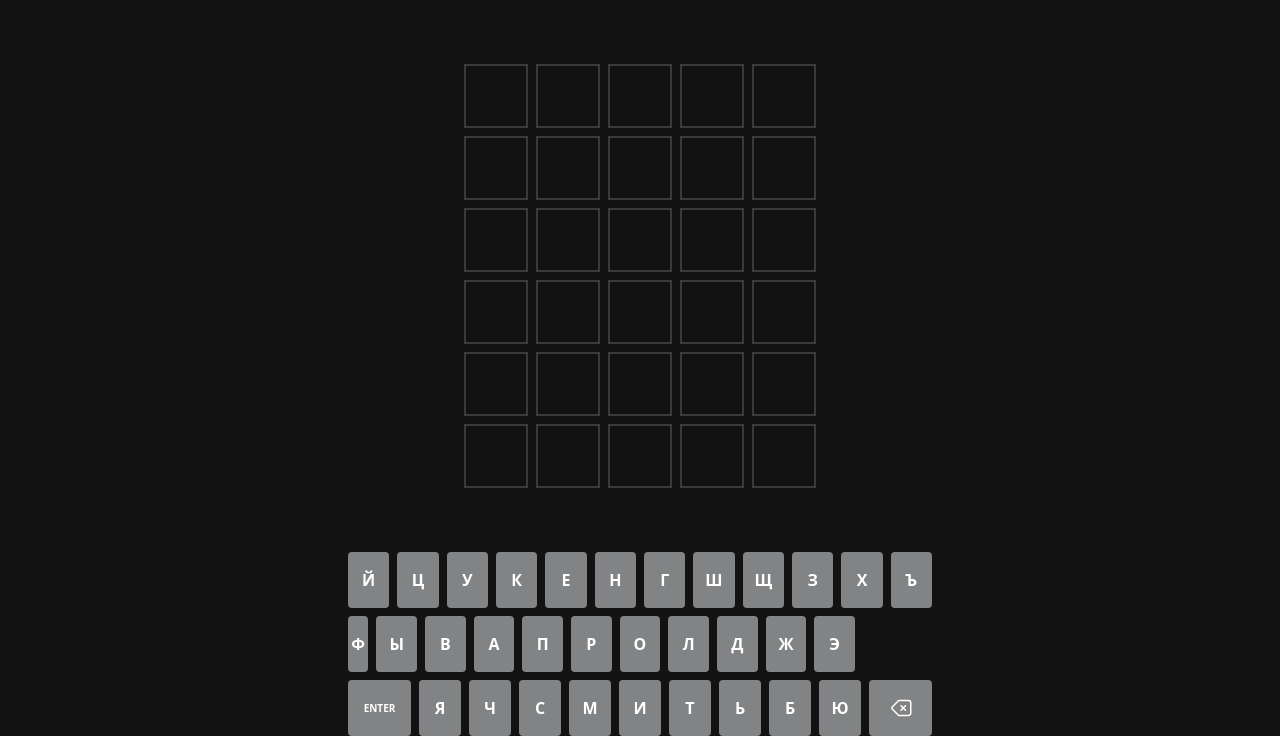
Repository: maxempolk/wordle-app
Page: / (app in frontend/)
The author's editor kept a copy of each file at every save. The page is drawn from the files as they stood at one save, then again after the next save.
The browser window is 1280 px wide. The pictures show the whole page.
The page's requests for data from a server got no answer. The project was rebuilt for these pictures with package versions that can differ from the ones it lists, and the page was loaded fresh each time. No one was signed in, and anything a server would have sent is missing. Also part of the build but not shown: frontend/vite.config.ts.

Above is the page before, as saved 2025-02-24 00:54:26.

### frontend/src/main.ts
import './assets/main.css'
import { createApp } from 'vue'
import { createPinia } from 'pinia'
import App from './App.vue'
import { useRealWordStore } from './stores/realWord'

const app = createApp(App)

app.use(createPinia())

useRealWordStore().fetchWord()

app.mount('#app')

### frontend/src/assets/main.css
@import 'tailwindcss';

body {
  background-color: #121213;
}

### frontend/src/App.vue
<!-- <script setup lang="ts">
import { computed, onMounted, ref, useTemplateRef } from 'vue'
import theLetter from './components/TheLetter.vue'
import theKeyboard from '@/components/TheKeyboard.vue'
import theMessage from './components/TheMessage.vue'
import ResultModal from './components/ResultModal.vue'
import { useRealWordStore } from './stores/realWord'
import { useUsedLettersStore } from './stores/usedLetters'
import { useUserWordStore } from './stores/usrWord'

const realWordStore = useRealWordStore()
const usrWordStore = useUserWordStore()

const words = ref<string[]>([])
const usedLettersStore = useUsedLettersStore()

type letterType = InstanceType<typeof theLetter>
type messageType = InstanceType<typeof theMessage>
const letters = useTemplateRef<letterType[]>('letter')
const messageComp = useTemplateRef<messageType>('messageComp')

const messageValue = ref('')
const isWin = ref(false)


const slotsForCurrentWord = computed(() => {
  return Array.from({ length: 5 }, (_, i) => words.value.length * 5 + i)
})

const getLetter = (index: number) => letters.value?.[index]

const shakeCurrentWord = () => {
  slotsForCurrentWord.value.forEach((slot) => {
    const el = getLetter(slot)
    if (el) el.shakeIt()
  })
}

const enterWord = async () => {
  const currentWord = usrWordStore.word

  if (currentWord.length != 5) {
    showError('Not enough letter')
    shakeCurrentWord()
    return
  }

  const isReal = await isRealWord(currentWord)

  if (!isReal) {
    showError('Not in word list')
    shakeCurrentWord()
    return
  }

  const wordState = wordleAlgh(usrWordStore.word, realWordStore.word || '')
  const currentSlots = slotsForCurrentWord.value
  isWin.value = wordState.every((item) => item === 'placed')

  const animateLetter = (index: number) => {
    const letter = getLetter(currentSlots[index])
    if (letter) {
      letter.completeAnimation(wordState[index])
    }
  }

  currentSlots.forEach((_, index) => {
    setTimeout(() => requestAnimationFrame(() => animateLetter(index)), 300 * index)
  })

  Promise.all([
    wordState.forEach((state, index) => usedLettersStore.addToBuffer(currentWord[index], state)),
    completeWord(),
  ]).then(() => {
    setTimeout(() => usedLettersStore.save(), 300 * 5)
  })
}

const popLetter = () => {
  if (usrWordStore.word.length == 0) {
    showError('Not a single letter')
    shakeCurrentWord()
  } else usrWordStore.popLetter()
}

const rawData = computed(() => {
  return words.value.reduce((word1, word2) => word1 + word2, '') + usrWordStore.word
})

const handleKeydown = (e: KeyboardEvent) => {
  switch (e.key) {
    case 'Enter':
      enterWord()
      break
    case 'Backspace':
      popLetter()
      break
    default:
      usrWordStore.addLetter(e.key)
  }
}

onMounted(() => {
  addEventListener('keydown', handleKeydown)
})
</script> -->

<script setup lang="ts">
import theMessage from './components/TheMessage.vue'
import ResultModal from './components/ResultModal.vue'
import theLetter from './components/TheLetter.vue'
import theKeyboard from './components/TheKeyboard.vue'
import { useUserWordStore } from './stores/usrWord'
import { useGameLogic } from './composables/useGameLogic'
import { onMounted, ref, computed, useTemplateRef } from 'vue'

const usrWordStore = useUserWordStore()
const words = ref([])
const messageValue = ref('')
const messageComp = ref(null)

type letterType = InstanceType<typeof theLetter>
const letters = useTemplateRef<letterType[]>('letter')

const { enterWord, popLetter, stateOfGame } = useGameLogic(words, messageValue, messageComp, letters)

const rawData = computed(() => {
  return words.value.reduce((word1, word2) => word1 + word2, '') + usrWordStore.word
})

const handleKeydown = (e: KeyboardEvent) => {
  switch (e.key) {
    case 'Enter':
      enterWord()
      break
    case 'Backspace':
      popLetter()
      break
    default:
      usrWordStore.addLetter(e.key)
  }
}

onMounted(() => {
  addEventListener('keydown', handleKeydown)
})
</script>

<template>
  <ResultModal :result="words" v-if="isWin" />
  <theMessage :model-value="messageValue" ref="messageComp" />
  <div
    class="flex w-screen h-screen justify-between items-center flex-col pt-[15%] pb-[5%] sm:py-[5%]"
  >
    <div class="grid gap-2 grid-cols-5 w-fit">
      <theLetter v-for="i in 30" :key="i" :model-value="rawData[i - 1]" ref="letter" />
    </div>
    <theKeyboard @enterWord="enterWord" @backspace="popLetter" class="sm:mt-16" />
  </div>
</template>

### frontend/src/stores/realWord.ts
import { defineStore } from 'pinia';
import { getWord } from '@/api/getWord';

interface RealWordState {
  word: string | null;
}

export const useRealWordStore = defineStore('realWord', {
  state: (): RealWordState => ({
    word: null,
  }),
  actions: {
    async fetchWord(): Promise<void> {
      this.word = await getWord();
    },
  },
});

export type RealWordStore = ReturnType<typeof useRealWordStore>;

### frontend/src/components/TheMessage.vue
<script setup lang="ts">
import { ref } from 'vue'

defineProps<{
  modelValue: string
}>()

const isAnimated = ref(false)
const isVanishing = ref(false)
const isHidden = ref(true)

const vanishIt = () => {
  isVanishing.value = true

  setTimeout(() => {
    isHidden.value = true
    isVanishing.value = false
  }, 990)
}

const animateIt = () => {
  if (isAnimated.value) return

  isHidden.value = false
  isAnimated.value = true

  setTimeout(() => {
    isAnimated.value = false
    vanishIt()
  }, 1500)
}

defineExpose({ animateIt, isHidden })
</script>

<template>
  <div class="fixed flex w-screen justify-center top-5 z-[999]">
    <div
      class="bg-white rounded-md text-black text-md py-2 px-4 select-none"
      :class="{ drive: isAnimated, vanish: isVanishing, hidden: isHidden }"
    >
      {{ modelValue }}
    </div>
  </div>
</template>

<style scoped>
@keyframes driveAnimation {
  0% {
    transform: translateY(-100px);
  }
  100% {
    transform: translateY(0);
  }
}

@keyframes vanishAnimation {
  0% {
    opacity: 1;
  }
  100% {
    opacity: 0;
  }
}

.vanish {
  animation: 1s vanishAnimation linear;
}

.drive {
  animation: 0.5s driveAnimation ease-out;
}
</style>

### frontend/src/components/TheLetter.vue
<script setup lang="ts">
import { computed, ref, watch } from 'vue'
import { type State } from '@/types/state'
import { stateToColor } from '@/utils/stateToColor'

const props = defineProps<{
  modelValue?: string
}>()

const isRotated = ref(false)
const isScaled = ref(false)
const isShaked = ref(false)
const colors = ref<string[]>([])

const scaleAnimation = () => {
  isScaled.value = true

  setTimeout(() => {
    isScaled.value = false
  }, 150)
}

const shakeIt = () => {
  if (isShaked.value) return
  isShaked.value = true

  setTimeout(() => {
    isShaked.value = false
  }, 1000)
}

const completeAnimation = (state: State) => {
  isRotated.value = true

  setTimeout(() => {
    colors.value = stateToColor(state)
  }, 150)
}

const borderDefaultColor = computed(() => {
  if (isRotated.value) return ''
  if (props.modelValue == undefined) if (props.modelValue === undefined) return 'border-[#3A3A3C]'
  return 'border-[#565758]'
})

watch(
  () => props.modelValue,
  () => {
    scaleAnimation()
  },
)

defineExpose({ completeAnimation, shakeIt })
</script>

<template>
  <div
    class="w-14 h-14 md:w-16 md:h-16 border-2 text-white flex justify-center items-center text-3xl uppercase duration-150"
    :class="[
      ...colors,
      borderDefaultColor,
      { rotateAnimation: isRotated },
      { 'scale-110': isScaled },
      { shakeAnimation: isShaked },
    ]"
    ref="block"
  >
    {{ modelValue }}
  </div>
</template>

<style scoped>
@keyframes rotateAnimationKeyFrames {
  0% {
    transform: scaleY(1);
  }
  50% {
    transform: scaleY(0);
  }
  100% {
    transform: scaleY(1);
  }
}

@keyframes shake {
  0%,
  100% {
    transform: translateX(0);
  }
  10% {
    transform: translateX(-20px);
  }
  20% {
    transform: translateX(15px);
  }
  30% {
    transform: translateX(-10px);
  }
  40% {
    transform: translateX(5px);
  }
  50% {
    transform: translateX(-2px);
  }
  60% {
    transform: translateX(1px);
  }
  70% {
    transform: translateX(0);
  }
}

.rotateAnimation {
  animation: rotateAnimationKeyFrames 0.3s linear;
}

.shakeAnimation {
  animation: shake 0.6s linear;
}
</style>

### frontend/src/components/TheKeyboard.vue
<script setup lang="ts">
import TheKeyboardLetter from './TheKeyboardLetter.vue'
import TheBackspaceKey from './TheBackspaceKey.vue'
import { useUserWordStore } from '@/stores/usrWord'

const alph1 = 'ЙЦУКЕНГШЩЗХЪ'
const alph2 = 'ФЫВАПРОЛДЖЭ'
const alph3 = 'ЯЧСМИТЬБЮ'

const emit = defineEmits(['enterWord', 'backspace'])

const userWordStore = useUserWordStore()

const keyPress = (char: string) => {
  userWordStore.addLetter(char)
}
</script>

<template>
  <div class="grid gap-1 sm:gap-2 w-full sm:w-150 px-2">
    <div class="row top-row gap-1 sm:gap-2">
      <TheKeyboardLetter
        :model-value="char"
        v-for="char in alph1"
        :key="'letter-' + char"
        @click="keyPress(char)"
      />
    </div>

    <div class="row middle-row gap-1 sm:gap-2">
      <TheKeyboardLetter
        :model-value="char"
        v-for="char in alph2"
        :key="'letter-' + char"
        @click="keyPress(char)"
      />
    </div>

    <div class="row bottom-row gap-1 sm:gap-2">
      <TheKeyboardLetter :model-value="'Enter'" @click="emit('enterWord')" class="text-[10px]" />
      <TheKeyboardLetter
        v-for="char in alph3"
        :key="'letter-' + char"
        :model-value="char"
        @click="keyPress(char)"
      />
      <theBackspaceKey @click="emit('backspace')" />
    </div>
  </div>
</template>

<style scoped>
.row {
  display: grid;
}

.top-row {
  grid-template-columns: repeat(12, 1fr);
}

.middle-row {
  grid-template-columns: 0.5fr repeat(11, 1fr) 0.5fr;
}

.bottom-row {
  grid-template-columns: 1.5fr repeat(9, 1fr) 1.5fr;
}
</style>

### frontend/src/stores/usrWord.ts
import { defineStore } from 'pinia'
import { isLetter } from '../utils/letter'

export const useUserWordStore = defineStore('userWord', {
  state: () => ({
    word: '',
  }),
  getters: {},
  actions: {
    popLetter() {
      this.word = this.word.slice(0, -1)
    },
    addLetter(letter: string) {
      if (isLetter(letter) && this.word.length < 5) this.word += letter
    },
    clear() {
      this.word = ''
    },
  },
})

### frontend/src/api/getWord.ts
// import { AxiosError } from 'axios';
import { api } from './index'
import { AxiosError } from 'axios';

interface WordResponse {
  word: string;
}

export async function getWord(): Promise<string | null> {
  try {
    const response = await api.get<WordResponse>('/word');
    return response.data.word;
  } catch (error) {
    if (error instanceof AxiosError) {
      console.error('API error:', error.message);
      if (error.response?.status === 404) {
        console.error('Word not found');
      }
    } else {
      console.error('Unexpected error:', error);
    }
    return null;
  }
}

### frontend/src/utils/stateToColor.ts
import { type State } from "@/types/state"

export const stateToColor = (state: State) => {
  if (state == 'placed') return ['bg-[#548D4F]', 'border-[#548D4F]']
  else if (state == 'in-word') return ['bg-[#B69F3B]', 'border-[#B69F3B]']
  return ['bg-[#3A3A3C]', 'border-[#3A3A3C]']
  // else if (state == 'wrong') return 'bg-[#3A3A3C]'
}

### frontend/src/components/TheKeyboardLetter.vue
<script setup lang="ts">
import { type State } from '@/types/state'
import { useUsedLettersStore } from '@/stores/usedLetters'
import { computed, ref } from 'vue'

const usedLettersStore = useUsedLettersStore()
const isScaled = ref(false)

const props = defineProps<{
  modelValue: string
}>()

const stateToBackground = (state: State | 'empty') => {
  if (state == 'placed') return 'bg-[#548D4F]'
  else if (state == 'in-word') return 'bg-[#B69F3B]'
  else if (state == 'wrong') return 'bg-[#3A3A3C]'
  return 'bg-[#818384]'
}

const state = computed(() => {
  const obj = usedLettersStore.letters.find((item) => {
    return item.letter.toLowerCase() === props.modelValue.toLowerCase()
  })
  if (obj === undefined) return 'empty'
  return obj.state
})

const scaleAnimation = () => {
  isScaled.value = true

  setTimeout(() => {
    isScaled.value = false
  }, 100)
}
</script>

<template>
  <button
    class="flex-1 h-12 sm:h-14 rounded-sm flex justify-center items-center uppercase text-white font-bold cursor-pointer select-none keyboardLetterButton duration-100"
    :class="[stateToBackground(state), { 'scale-110': isScaled }]"
    @click="scaleAnimation"
  >
    {{ modelValue }}
  </button>
</template>

### frontend/src/components/TheBackspaceKey.vue
<script setup lang="ts">
import { ref } from 'vue'

const isScaled = ref(false)

const scaleAnimation = () => {
  if (isScaled.value) return
  isScaled.value = true

  setTimeout(() => {
    isScaled.value = false
  }, 100)
}
</script>

<template>
  <div
    class="flex-1 h-12 sm:h-14 rounded-sm flex justify-center items-center uppercase text-white font-bold cursor-pointer select-none bg-[#818384] duration-100"
    :class="{ 'scale-110': isScaled }"
    @click="scaleAnimation"
  >
    <svg
      xmlns="http://www.w3.org/2000/svg"
      fill="none"
      viewBox="0 0 24 24"
      stroke-width="1.5"
      stroke="currentColor"
      class="size-6"
    >
      <path
        stroke-linecap="round"
        stroke-linejoin="round"
        d="M12 9.75 14.25 12m0 0 2.25 2.25M14.25 12l2.25-2.25M14.25 12 12 14.25m-2.58 4.92-6.374-6.375a1.125 1.125 0 0 1 0-1.59L9.42 4.83c.21-.211.497-.33.795-.33H19.5a2.25 2.25 0 0 1 2.25 2.25v10.5a2.25 2.25 0 0 1-2.25 2.25h-9.284c-.298 0-.585-.119-.795-.33Z"
      />
    </svg>
  </div>
</template>

### frontend/src/utils/letter.ts
export function isLetter(char: string): boolean {
  return char.length == 1 && /[а-яА-Я]/.test(char)
}

### frontend/src/api/isRealWord.ts
// import { AxiosError } from 'axios';
import { api } from './index'
import { AxiosError } from 'axios'

interface isRealResponse {
  isReal: boolean
}

export async function isRealWord(word: string): Promise<boolean> {
  try {
    const response = await api.get<isRealResponse>('/isReal', {
      params: {
        word: word,
      },
    })
    return response.data.isReal
  } catch (error) {
    if (error instanceof AxiosError) {
      console.error('API error:', error.message)
      if (error.response?.status === 404) {
        console.error('Word not found')
      }
    } else {
      console.error('Unexpected error:', error)
    }
    return false
  }
}

### frontend/src/stores/usedLetters.ts
import { defineStore } from 'pinia'
import { type KeyboardLetter } from '@/types/keyboardLetters'
import type { State } from '@/types/state'

export const useUsedLettersStore = defineStore('usedLetters', {
  state: () => ({
    used: [] as KeyboardLetter[],
    buffer: [] as KeyboardLetter[],
  }),
  getters: {
    letters: (state) => state.used,
  },
  actions: {
    add(letter: string, state: State) {
      this.used.push({ letter: letter, state: state })
    },
    addToBuffer(letter: string, state: State) {
      this.buffer.push({ letter: letter, state: state })
    },
    save() {
      this.used = this.used.concat(this.buffer)
    },
  },
})

### frontend/src/utils/wordle.ts
import type { State } from '@/types/state'

export function wordleAlgh(guess: string, secretWord: string): State[] {
  guess = guess.toLowerCase()
  secretWord = secretWord.toLowerCase()

  if (guess.length !== secretWord.length) {
    throw new Error('Words must be of the same length')
  }

  const result: State[] = Array(guess.length).fill('wrong')
  const secretWordCount: { [key: string]: number } = {}

  for (const char of secretWord) {
    secretWordCount[char] = (secretWordCount[char] || 0) + 1
  }

  for (let i = 0; i < guess.length; i++) {
    if (guess[i] === secretWord[i]) {
      result[i] = 'placed'
      secretWordCount[guess[i]]--
    }
  }

  for (let i = 0; i < guess.length; i++) {
    if (result[i] === 'wrong' && secretWordCount[guess[i]] > 0) {
      result[i] = 'in-word'
      secretWordCount[guess[i]]--
    }
  }

  return result
}

### frontend/src/composables/useAnimations.ts
import theLetter from "@/components/TheLetter.vue"
import type { State } from "@/types/state";
import type { Ref } from "vue";

type letterType = InstanceType<typeof theLetter>

export function useAnimations(letters: Ref<letterType[] | null>) {
  const getLetter = (slot: number) => letters.value?.[slot];

  const shakeCurrentWord = (slots: number[]) => {
    slots.forEach((slot) => {
      const el = getLetter(slot);
      if (el) el.shakeIt();
    });
  };

  const completeWord = (slots: number[], states: State[]) => {
    slots.forEach((slot, index) => {
      setTimeout(() => requestAnimationFrame(() => letters.value?.[slot].completeAnimation(states[index])), 300 * index)
    })
  }


  return { shakeCurrentWord, completeWord };
}

### frontend/src/api/index.ts
import axios from "axios";

// TODO: сделать проверку на существование VITE_APP_API_URL если что вывести заметную ошибку
export const api = axios.create({
  baseURL: import.meta.env.VITE_APP_API_URL,
  timeout: 5000,
  headers: {
    'Content-Type': 'application/json',
  },
});

### frontend/src/components/ResultModal.vue
<script setup lang="ts">
import { XMarkIcon } from '@heroicons/vue/24/solid'
import { stateToColor } from '@/utils/stateToColor';

defineProps<{
  result: string[]
}>()

</script>

<template>
  <div class="flex w-screen h-screen fixed z-[999] justify-center items-center bg-[#0000004d]">
    <div class="relative rounded-md p-4 w-128 bg-[#3A3A3C] text-white">
      <h1 class="flex gap-10 text-xl">
        <span>Слово от друга #123</span>
        <span>3/6</span>
        <span>Победа</span>
      </h1>

      <div class="flex items-center gap-5 mt-6 h-32">
        <div class="grid grid-cols-5 w-24 gap-1 ml-6">
          <p class="flex bg-black size-4" v-for="i in 30" ></p>
        </div>
        <p class="text-4xl text-center flex-[1]">Пенис</p>
      </div>

      <button class="absolute top-4 right-4 size-8 rounded-full flex justify-center items-center bg-[#00000020] hover:bg-[#00000060] focus:bg-[#00000080] cursor-pointer duration-300">
        <XMarkIcon class="size-6"/>
      </button>
    </div>
  </div>
</template>

<style scoped>
</style>

Loaded but not shown: frontend/index.html (common file); frontend/src/composables/useGameLogic.ts (77 lines, source omitted)

After the next save:
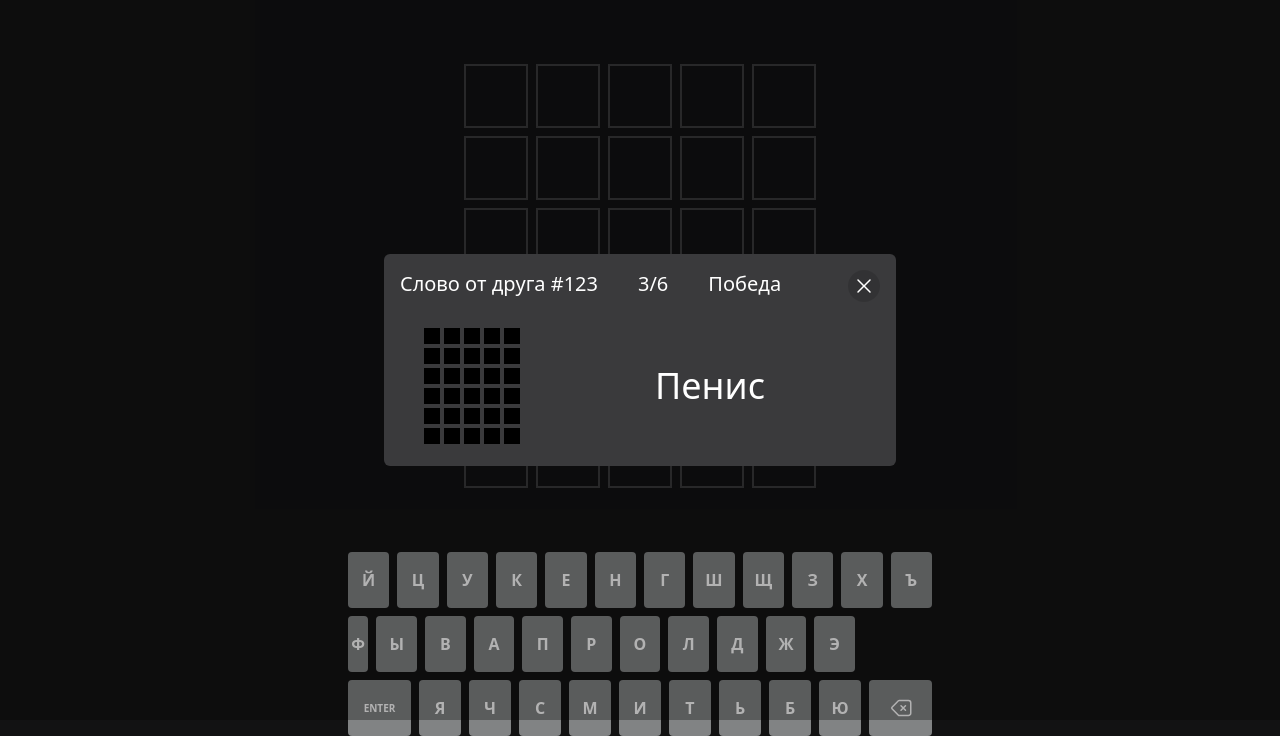
Saved 34 s later.
--- a/frontend/src/App.vue
+++ b/frontend/src/App.vue
@@ -147,7 +147,7 @@
 </script>
 
 <template>
-  <ResultModal :result="words" v-if="isWin" />
+  <ResultModal :result="words" v-if="stateOfGame" />
   <theMessage :model-value="messageValue" ref="messageComp" />
   <div
     class="flex w-screen h-screen justify-between items-center flex-col pt-[15%] pb-[5%] sm:py-[5%]"

After the save that followed:
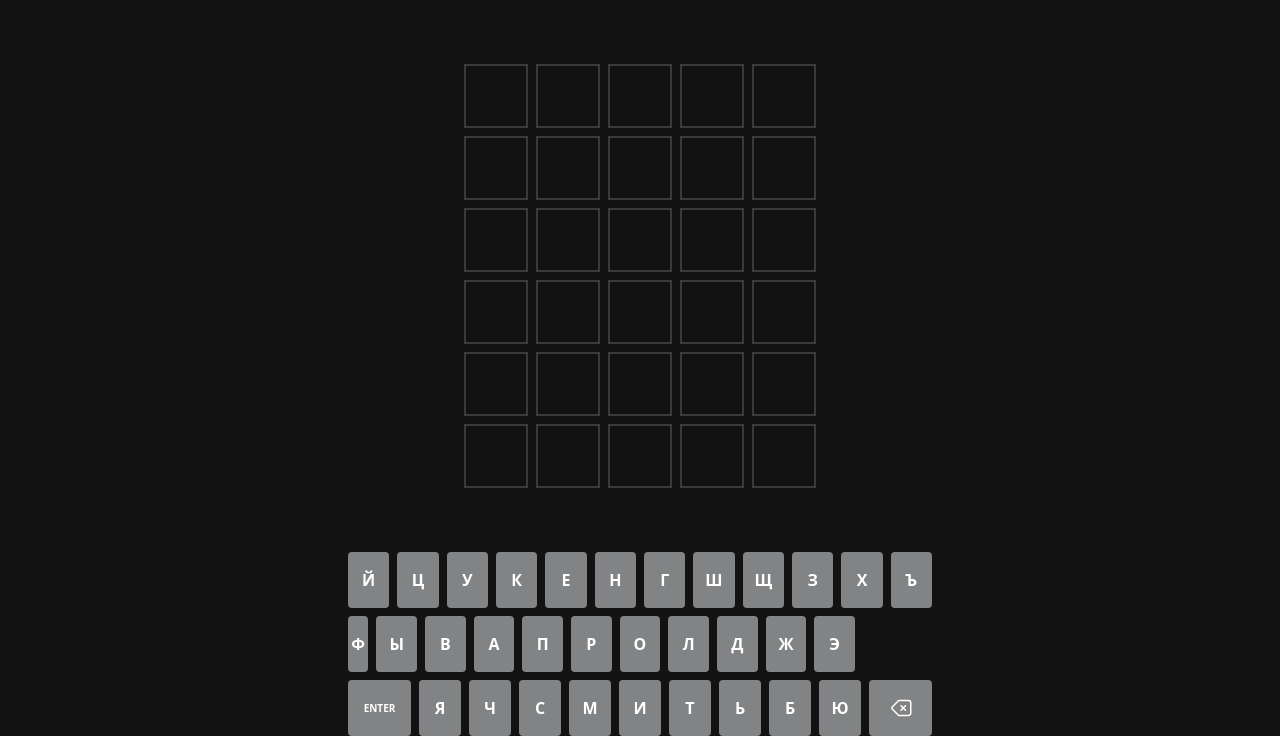
Saved 17 s later.
--- a/frontend/src/App.vue
+++ b/frontend/src/App.vue
@@ -147,7 +147,7 @@
 </script>
 
 <template>
-  <ResultModal :result="words" v-if="stateOfGame" />
+  <ResultModal :result="words" v-if="stateOfGame!='in-game'" />
   <theMessage :model-value="messageValue" ref="messageComp" />
   <div
     class="flex w-screen h-screen justify-between items-center flex-col pt-[15%] pb-[5%] sm:py-[5%]"
